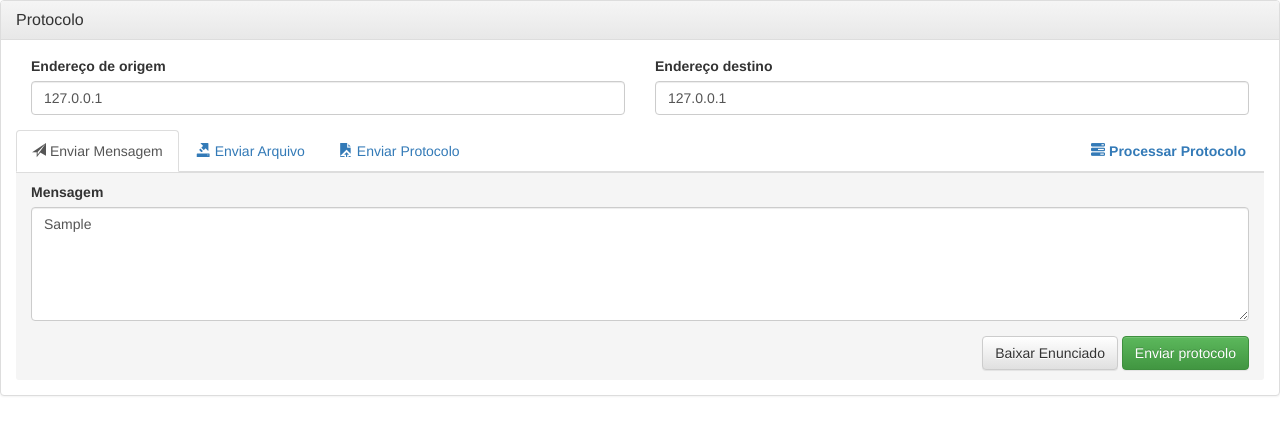
Repository: henriqueweiand/protocolo
Page: http://localhost/
The author's editor kept a record of every edit. The page is drawn from the files as they stood at one moment, then again after the next edit.
The browser window is 1280 px wide. The pictures show the whole page.
Empty fields were first filled with sample values (such as "Sample", 5 or name@example.com).
After loading, the first visible `a` was clicked once.
The page is run by PHP 8.4 with error messages shown; the project is at /var/www/html/.

Above is the page before.

### index.php
<!DOCTYPE html PUBLIC "-//W3C//DTD XHTML 1.0 Transitional//EN" "http://www.w3.org/TR/xhtml1/DTD/xhtml1-transitional.dtd">
<html xmlns="http://www.w3.org/1999/xhtml" lang="pt_BR">

    <head>
        <meta charset="utf-8">
        <meta name="viewport" content="width=device-width, initial-scale=1">
        <meta http-equiv="X-UA-Compatible" content="IE=edge">
        <meta property="og:title" content="Sistema de protocolo - CNEC Osório"/>
        <meta property="og:type" content="website"/>
        <meta property="og:site_name" content="Sistema de protocolo - CNEC Osório"/>
        <meta name="robots" content="index, follow" />
        <meta name="keywords" content="Faculdade Cenecista de Osório, CNEC, FACOS, cenecista, Universidade, Faculdade, Curso, Osório, RS, EAD, Informatica, licenciatura, educacao, aula, trabalho" />
        <meta name="author" content="Henrique Weiand" />
        <meta property="og:description" content="Sistema desenvolvido na disciplina de Redes, simulando um protocolo"/>
        <meta name="title" content="Sistema protocolo" />
        <meta name="description" content="Sistema desenvolvido na disciplina de Redes, simulando um protocolo" />

        <link type="image/x-icon" rel="icon" href="/favicon.ico">
		<link type="image/x-icon" rel="shortcut icon" href="/favicon.ico" >

        <script src="framework/jquery-1.11.2.min.js"></script>
        <script src="framework/index.js"></script>
        <script src="framework/bootstrap/js/bootstrap.min.js"></script>

        <link rel="stylesheet" href="framework/bootstrap/css/bootstrap.min.css">
        <link rel="stylesheet" href="framework/bootstrap/css/bootstrap-theme.min.css">

        <title>Sistema Protocolo</title>
    </head>
    <body>

        <form data-ajax="true" progressbar=".progressbarFile" name="formProtocolo" id="formProtocolo" method="POST" action="montaProtocolo.php" onsubmit="return false;" enctype="multipart/form-data">

            <input name="tipoRequisicao" type="hidden" value="#mensagem" />

            <div class="container-fluid">

                <div class="row">

                    <div class="panel panel-default">

                        <div class="panel-heading">
                            <h1 class="panel-title">Protocolo</h1>
                        </div>
                        <!-- END .panel-headering -->

                        <div class="panel-body">

                            <div class="col-md-12" id="result"></div>

                            <div class="form-group col-md-6">
                                <label for="">Endereço de origem</label>
                                <input type="text" class="form-control" name="origem" maxlength="32" value="<?php echo $_SERVER['REMOTE_ADDR']; ?>">
                            </div>

                            <div class="form-group col-md-6">
                                <label for="">Endereço destino</label>
                                <input type="text" class="form-control" name="destino" maxlength="32" value="<?php echo $_SERVER['REMOTE_ADDR']; ?>">
                            </div>

                            <div role="tabpanel">
                                <ul id="tabs" class="nav nav-tabs" role="tablist">
                                    <li role="presentation" class="active">
                                        <a href="#mensagem" aria-controls="mensagem" role="tab" data-toggle="tab"><span class="glyphicon glyphicon-send" aria-hidden="true"></span> Enviar Mensagem</a>
                                    </li>
                                    <li role="presentation">
                                        <a href="#enviarArquivo" aria-controls="enviarArquivo" role="tab" data-toggle="tab"><span class="glyphicon glyphicon-export" aria-hidden="true"></span> Enviar Arquivo</a>
                                    </li>
                                    <li role="presentation">
                                        <a href="#enviarProtocolo" aria-controls="enviarProtocolo" role="tab" data-toggle="tab"><span class="glyphicon glyphicon-open-file" aria-hidden="true"></span> Enviar Protocolo</a>
                                    </li>
                                    <li role="presentation" class="pull-right">
                                        <a href="#arquivo" aria-controls="arquivo" role="tab" data-toggle="tab"><b><span class="glyphicon glyphicon-tasks" aria-hidden="true"></span> Processar Protocolo</b></a>
                                    </li>
                                </ul>


                                <div class="tab-content">
                                    <div role="tabpanel" class="tab-pane active" id="mensagem">

                                        <div class="form-group col-md-12" style="padding-top:10px">
                                            <label for="">Mensagem</label>
                                            <textarea class="form-control" rows="5" name="mensagem"></textarea>
                                        </div>

                                    </div>

                                    <div role="tabpanel" class="tab-pane" id="enviarArquivo">
                                        <div class="form-group col-md-12">

                                            <div class="form-group col-md-12" style="padding-top:10px">
                                                <label for="file">Arquivo</label>
                                                <input class="form-control" name="file" id="file" type="file" disabled />
                                            </div>

                                            <div class="progressbarFile col-md-12">
                                				<div class="progress" style="display:none;">
                                					<div class="progress-bar" role="progressbar" aria-valuenow="0" aria-valuemin="0" aria-valuemax="100" style="width: 0%;"></div>
                                				</div>
                                			</div>

                                        </div>
                                    </div>

                                    <div role="tabpanel" class="tab-pane" id="enviarProtocolo">
                                        <div class="form-group col-md-12">

                                            <div class="form-group col-md-12" style="padding-top:10px">
                                                <label for="arquivoProtocolo">Arquivo protocolo</label>
                                                <input class="form-control" name="arquivoProtocolo" id="arquivoProtocolo" type="file" disabled />
                                            </div>

                                            <div class="progressbarFile col-md-12">
                                				<div class="progress" style="display:none;">
                                					<div class="progress-bar" role="progressbar" aria-valuenow="0" aria-valuemin="0" aria-valuemax="100" style="width: 0%;"></div>
                                				</div>
                                			</div>

                                        </div>
                                    </div>

                                    <div role="tabpanel" class="tab-pane" id="arquivo">
                                        <?php require_once('arquivos.php'); ?>
                                    </div>
                                </div>
                            </div>
                            <!-- END .tabpanel -->

                        </div>
                        <!-- END .panel-body -->

                        <div class="panel-footer text-right">
                            <a href="/Trabalho T3 - 20151.pdf" target="_blank"><button type="button" class="btn btn-default">Baixar Enunciado</button></a>
                            <button type="button" class="btn btn-success" name="btnEnviar">Enviar protocolo</button>
                        </div>
                        <!-- END .panel-footer -->

                    </div>
                    <!-- END .panel -->

                </div>
                <!-- END .row -->

            </div>
            <!-- END .oontainer-fluid -->

        </form>

    </body>
</html>

<script type="text/javascript">
jQuery(document).ready(function($) {
    $('[data-toggle="tooltip"]').tooltip();

    $('[name=btnEnviar]').bind('click', function() {

        var form = $('[name=formProtocolo]');

        if(form.attr('progressbar')) {
            send(form, { progressbar : form.attr('progressbar') });
        } else {
            send(form);
        }

    });

    $('#tabs a').click(function (e) {
        divID = $(this).attr("href");

        $("#mensagem, #enviarArquivo, #enviarProtocolo").find("textarea, input").prop("disabled", true);

        switch(divID) {
            case '#arquivo':
                $(divID).load('arquivos.php');
                $('#result').html("");
                $("[name=btnEnviar]").text("Receber arquivo");
                $("[name=formProtocolo]").attr("action", "lerProtocolo.php");
            break;

            case '#mensagem':
                $(divID).find("textarea").prop("disabled", false);
                $("[name=btnEnviar]").text("Enviar protocolo");
                $("[name=formProtocolo]").attr("action", "montaProtocolo.php");
            break;

            case '#enviarArquivo':
                $('#result').html("");
                $(divID).find("input").prop("disabled", false);
                $("[name=btnEnviar]").text("Enviar arquivo");
                $("[name=formProtocolo]").attr("action", "montaProtocolo.php");
            break;

            case '#enviarProtocolo':
                $('#result').html("");
                $(divID).find("input").prop("disabled", false);
                $("[name=btnEnviar]").text("Enviar Protocolo");
                $("[name=formProtocolo]").attr("action", "montaProtocolo.php");
            break;
        }

        $("[name=tipoRequisicao]").val(divID);

        e.preventDefault()
        $(this).tab('show');
    })
});
</script>

### arquivos.php
<div class="col-md-12">
    <div class=" alert alert-info alert-dismissible" role="alert" style="margin-top:20px; margin-bottom:5px;">
    	<button type="button" class="close" data-dismiss="alert" aria-label="Close"><span aria-hidden="true">&times;</span></button>
    	Nesta opção você ira processar o arquivo protocolo que já esta no servidor.
    </div>
</div>

<div class="form-group col-md-12">

    <?php
    $files = scandir($_SERVER['DOCUMENT_ROOT']."/arquivos/"); // Arquivos da pasta
    unset($files[0]);
    unset($files[1]);
    sort($files); // Reordena o array

    // < Verifica se já foi enviado arquivos
    if(!empty($files)) {

        // < Percorre os arquivos enviados
        foreach($files as $file) {
            list($data['grupo'], $data['nome'], $data['extensao']) = explode('.', $file);

            if($data['grupo'] != @$grupo) {
                $grupo = $data['grupo'];
                echo '
                <div class="list-group" style="margin-top:15px; margin-bottom:0px">
                    <a class="list-group-item active">Arquivo processado</a>
                ';
            }

            echo '
            <a class="list-group-item" target="_blank" href="/arquivos/'.$data['grupo'].'.'.$data['nome'].'.'.$data['extensao'].'">
                <span class="glyphicon glyphicon-download" aria-hidden="true" title="Baixar" data-toggle="tooltip" data-placement="top"></span>
                '.$data['nome'].'.'.$data['extensao'].'
            </a>';

            if($data['grupo'] != @$grupo) echo '</div>';
        }
        // < Percorre os arquivos enviados

    } else {
        // Nao foi enviado nada ainda
    }
    // > Verifica se já foi enviado arquivos
    ?>

</div>

### framework/index.js
function send(form, options) {

    var setup   = {},
        configs = {
            'action'      : '',
            'method'      : "POST",
            'callback'    : false,
            'progressbar' : { element : null, delay   : 2000 }
        };

    if(typeof(options) === "object") $.extend(true, configs, options);

    setup.url = configs.action;
    setup.method = configs.method;

    if(form.constructor.name == "FormData" || $(form).prop("tagName") !== undefined) {
        setup.processData = false;
        setup.contentType = false;
        setup.data = form;

        if($(form).prop("tagName") !== undefined){
            setup.method = $(form).attr("method");
            setup.url = $(form).attr("action");
            $(form).attr("enctype", "multipart/form-data");
            setup.data   =  new FormData($(form).get(0));
        }

    } else if(typeof form == "object")
        setup.data = form;
    else
        setup.data = {};

    if(!setup.url.length) {
        console.log("action is not set");
        return false;
    }

    setup.success = function(data) {
        try {
            data = JSON.parse(data);
        } catch (err) {
            json         = data;
            data         = {};
            data.message = json;

            if(json == "true")
                data.success = true;
            else
                data.success = false;
        }

        $('#result').html(data.message);

        if(configs.callback) configs.callback.call(this, data);
        if(data.callback) data.callback;

        setTimeout(function(){ $('.sendActivated').removeClass('sendActivated').button('reset'); }, 8000);
    };

    if(configs.progressbar != null) {
        $(configs.progressbar).css('display', 'block').find(".progress").slideDown();

        setup.xhr = function() {
            var xhr = new window.XMLHttpRequest();

            try {
                xhr.upload.addEventListener("progress", function(evt) {
                    if (evt.lengthComputable)
                        $(configs.progressbar).find(".progress-bar").css("width", Math.round(evt.loaded/evt.total*100)+"%");
                }, false);

                xhr.onload = function (ev) {
                    $(configs.progressbar).find(".progress").delay(2000).slideUp(function() {
                        $(configs.progressbar).find(".progress-bar").css("width", "0");
                    });
                };

                return xhr;
            }
            catch(err) {}
        };
    }

    setup.error = function(data) {
        $('.sendActivated').removeClass('sendActivated').button('reset');
        console.log(data);
    };

    try {
        $.ajax(setup);
    } catch(err) {
        console.log(err);
    }
}

Loaded but not shown: framework/jquery-1.11.2.min.js (library); framework/bootstrap/js/bootstrap.min.js (library); framework/bootstrap/css/bootstrap.min.css (library); framework/bootstrap/css/bootstrap-theme.min.css (library)

After the next edit:
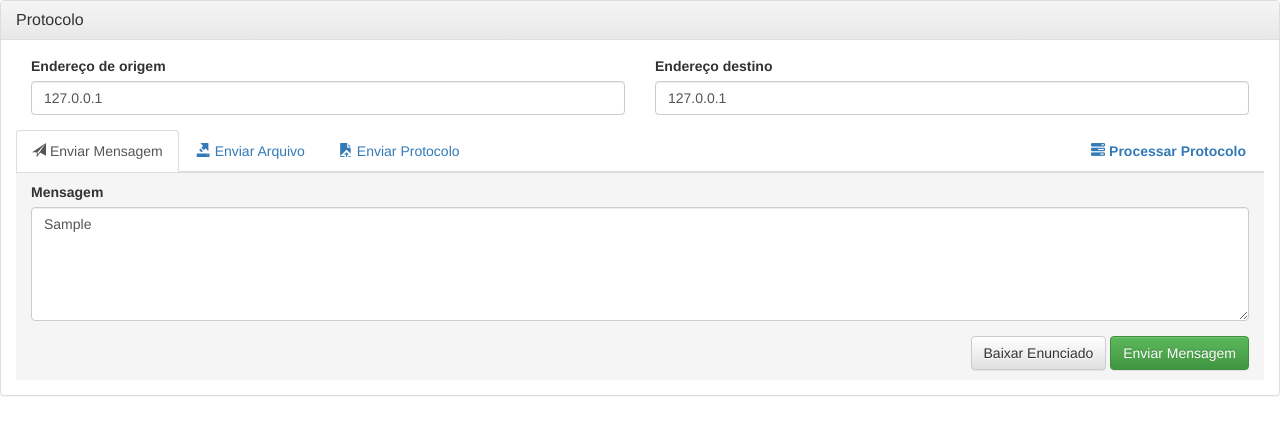
The edit:
--- a/index.php
+++ b/index.php
@@ -180,7 +180,7 @@
 
             case '#mensagem':
                 $(divID).find("textarea").prop("disabled", false);
-                $("[name=btnEnviar]").text("Enviar protocolo");
+                $("[name=btnEnviar]").text("Enviar Mensagem");
                 $("[name=formProtocolo]").attr("action", "montaProtocolo.php");
             break;
 
